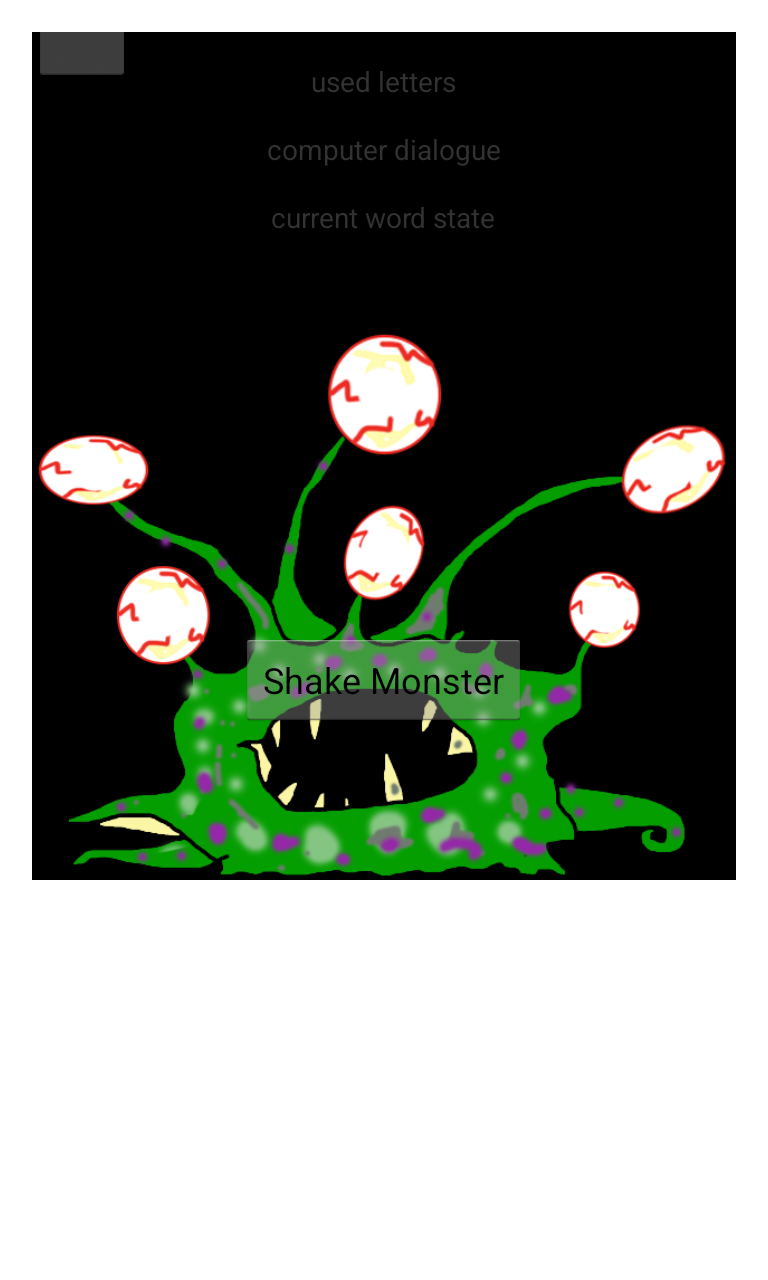
Repository: svandenhout/EvilSpaceMonsterHangman
Layout: evilSpaceMonsterHangman/res/layout/activity_main.xml
An editor plug-in stored every save of this project. The layout is shown before and after the next save, followed by the edit.
It is drawn on a 768 x 1280 px phone screen (xhdpi) without system bars, with theme AppTheme; the app's code is not run.

Above is the layout before, as saved 2013-12-17 09:21:31.

After the next save:
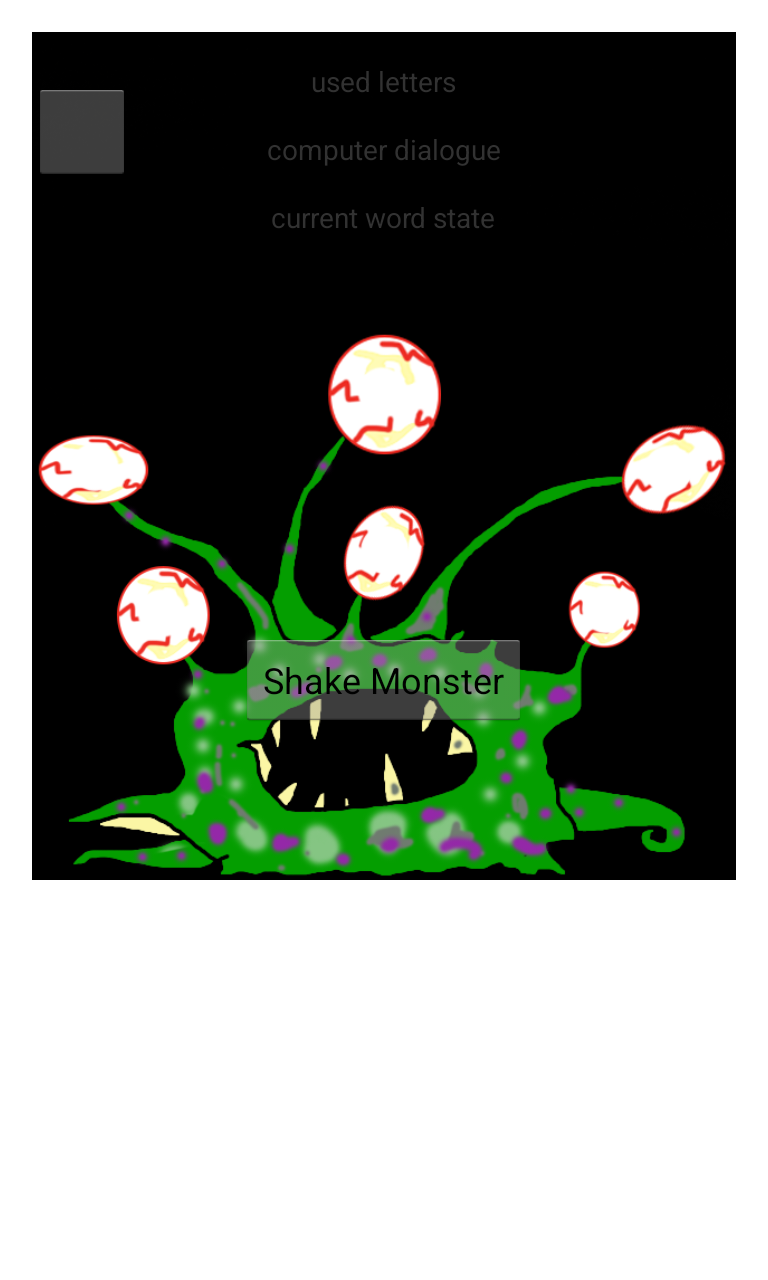
Saved 9 s later.
--- a/evilSpaceMonsterHangman/res/layout/activity_main.xml
+++ b/evilSpaceMonsterHangman/res/layout/activity_main.xml
@@ -50,7 +50,7 @@
         android:layout_height="50dp"
         android:layout_alignLeft="@+id/space_monster"
         android:layout_alignParentLeft="true"
-        android:layout_marginTop="-50px"
+        android:layout_marginTop="50px"
         />
 
     <Button

After the 2 saves that followed:
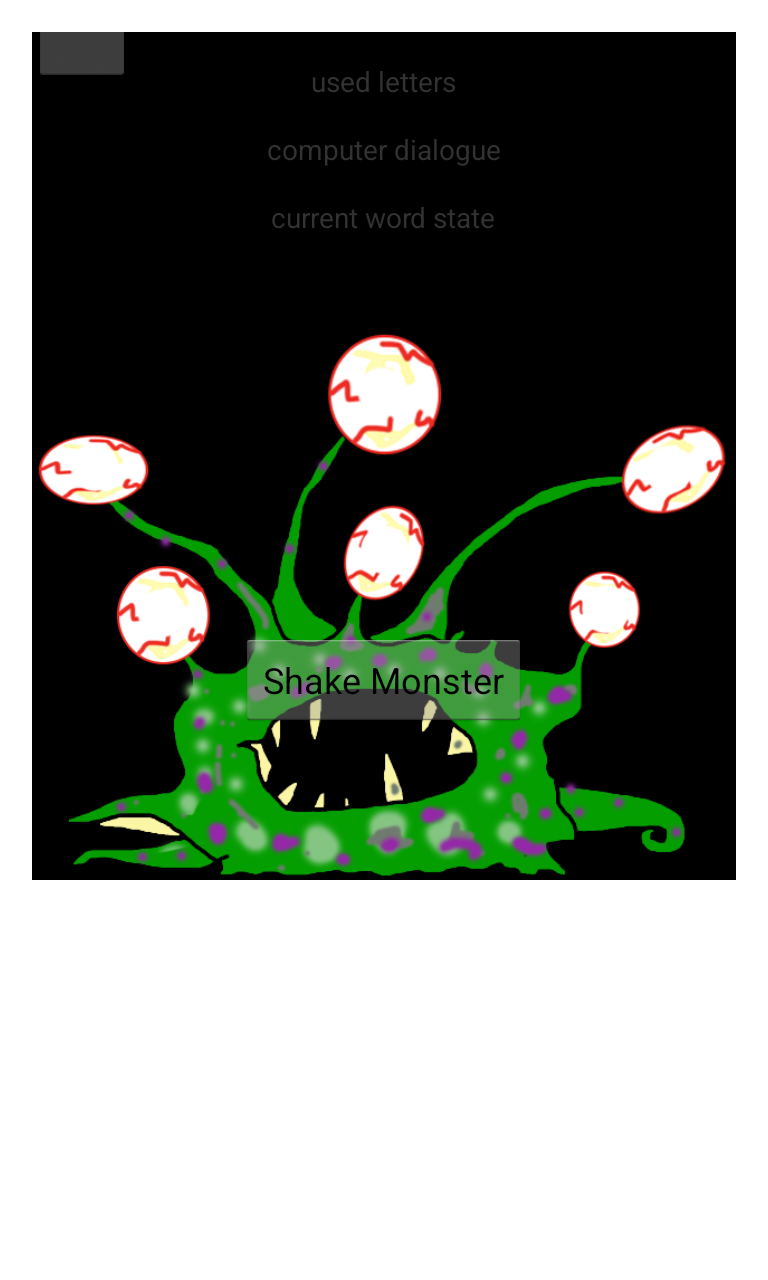
The 2 saves are shown as one change because 1 left the picture as it was.
The last was saved 18 s later.
--- a/evilSpaceMonsterHangman/res/layout/activity_main.xml
+++ b/evilSpaceMonsterHangman/res/layout/activity_main.xml
@@ -48,9 +48,9 @@
         android:id="@+id/eye_6"
         android:layout_width="50dp"
         android:layout_height="50dp"
-        android:layout_alignLeft="@+id/space_monster"
+        android:layout_alignTop="@+id/space_monster"
         android:layout_alignParentLeft="true"
-        android:layout_marginTop="50px"
+        android:layout_marginTop="-50px"
         />
 
     <Button
